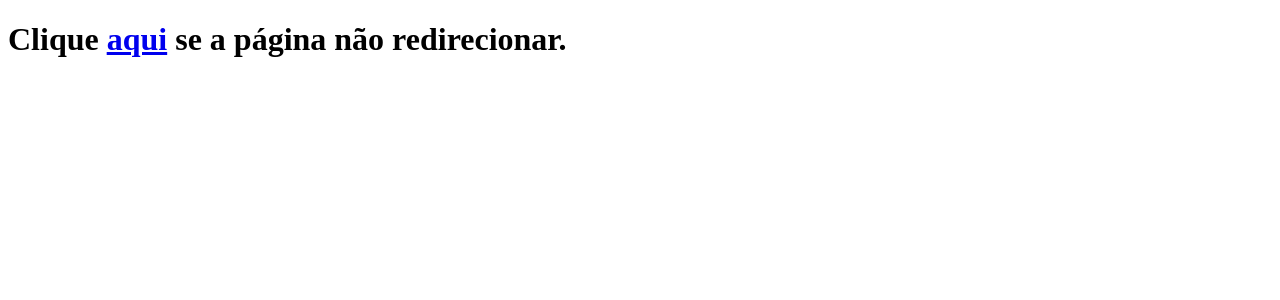
Repository: diegossilva-1995-01-25/SaoGeraldo
Page: SiteSGeraldo/WebContent/index.html
These files come from the project's save history. The page is drawn as it stood at one moment and after the next save; the edit follows.
The browser window is 1280 px wide. The pictures show the whole page.

Above is the page before, as saved 2018-03-17 17:51:52.

After the next save:
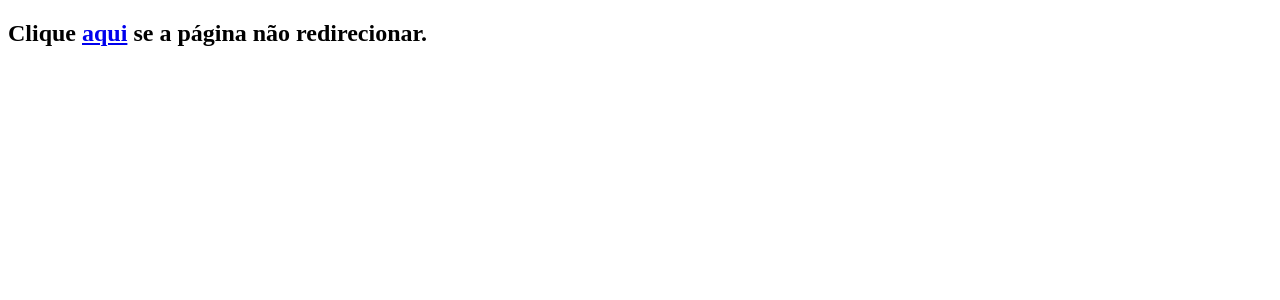
Saved 24 s later.
--- a/SiteSGeraldo/WebContent/index.html
+++ b/SiteSGeraldo/WebContent/index.html
@@ -5,6 +5,6 @@
 <title>Família São Geraldo</title>
 </head>
 <body >
-	<h1>Clique <a href="principal.xhtml">aqui</a> se a página não redirecionar.</h1>
+	<h2>Clique <a href="principal.xhtml">aqui</a> se a página não redirecionar.</h2>
 </body>
 </html>
